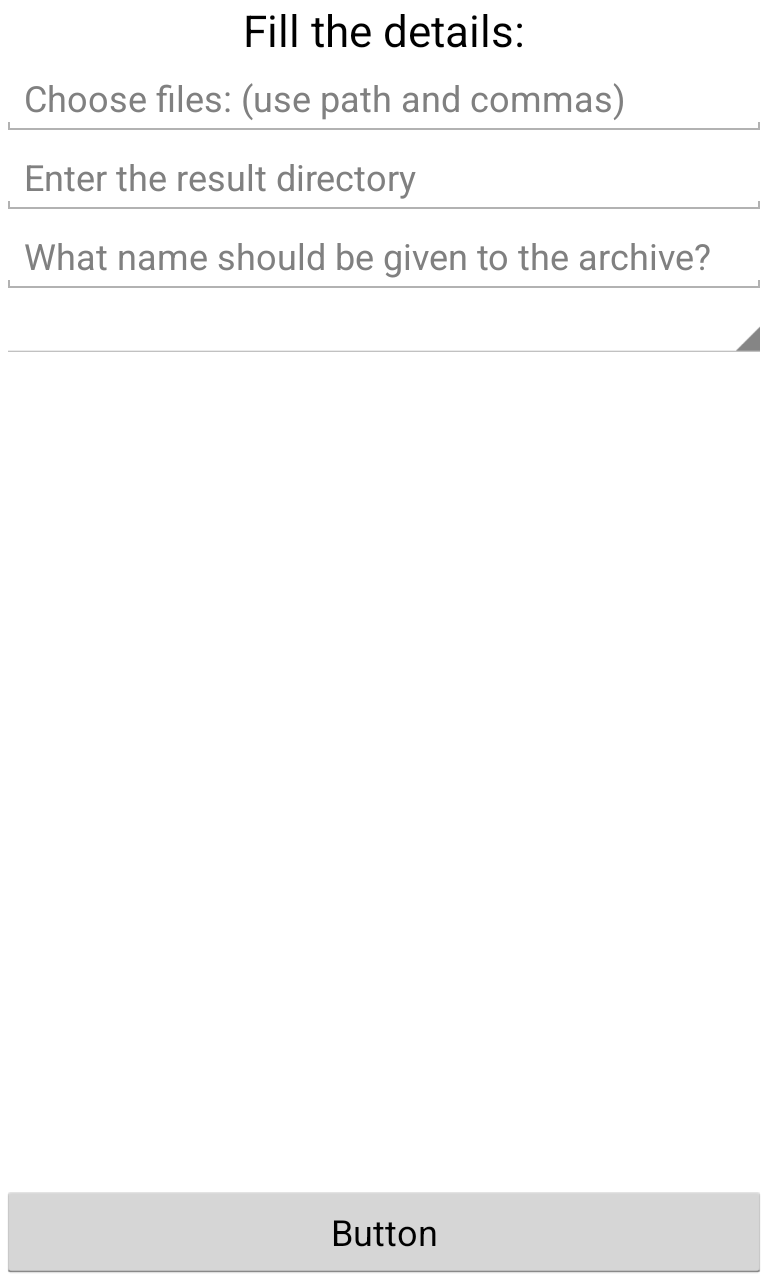
Repository: ya-ivanov/Android-Projects
Layout: Android Projects (OLD)/Zip It!/ZipIt/res/layout/activity_main.xml
An editor plug-in stored every save of this project. The layout is shown before and after the next save, followed by the edit.
It is drawn on a 768 x 1280 px phone screen (xhdpi) without system bars, with theme AppTheme; the app's code is not run.

Above is the layout before, as saved 2013-12-11 20:22:47.

### Android Projects (OLD)/Zip It!/ZipIt/res/layout/activity_main.xml
<LinearLayout xmlns:android="http://schemas.android.com/apk/res/android"
    android:layout_width="fill_parent"
    android:layout_height="fill_parent"
    android:orientation="vertical" >

    <TextView
        android:id="@+id/textView1"
        android:layout_width="match_parent"
        android:layout_height="wrap_content"
        android:gravity="center_horizontal"
        android:text="Fill the details:"
        android:textAppearance="?android:attr/textAppearanceLarge" />

    <EditText
        android:id="@+id/files"
        android:layout_width="match_parent"
        android:layout_height="wrap_content"
        android:ems="10"
        android:hint="Choose files: (use path and commas)" >
    </EditText>

    <EditText
        android:id="@+id/endDir"
        android:layout_width="match_parent"
        android:layout_height="wrap_content"
        android:ems="10"
        android:hint="Enter the result directory" >
    </EditText>

    <EditText
        android:id="@+id/archiveName"
        android:layout_width="match_parent"
        android:layout_height="wrap_content"
        android:ems="10"
        android:hint="What name should be given to the archive?" >
    </EditText>

    <Spinner
        android:id="@+id/spinner"
        android:layout_width="fill_parent"
        android:layout_height="wrap_content" />

    <TextView
        android:id="@+id/textView2"
        android:layout_width="match_parent"
        android:layout_height="wrap_content"
        android:layout_weight="1"
        android:hind="Description for the archive (optional)"
        android:textAppearance="?android:attr/textAppearanceMedium" />

    <Button
        android:id="@+id/button1"
        android:layout_width="match_parent"
        android:layout_height="wrap_content"
        android:text="Button" />

</LinearLayout>

Loaded but not shown: Android Projects (OLD)/Zip It!/ZipIt/res/values/styles.xml (common file); Android Projects (OLD)/Zip It!/ZipIt/res/values-v11/styles.xml (common file); Android Projects (OLD)/Zip It!/ZipIt/res/values-v14/styles.xml (common file)

After the next save:
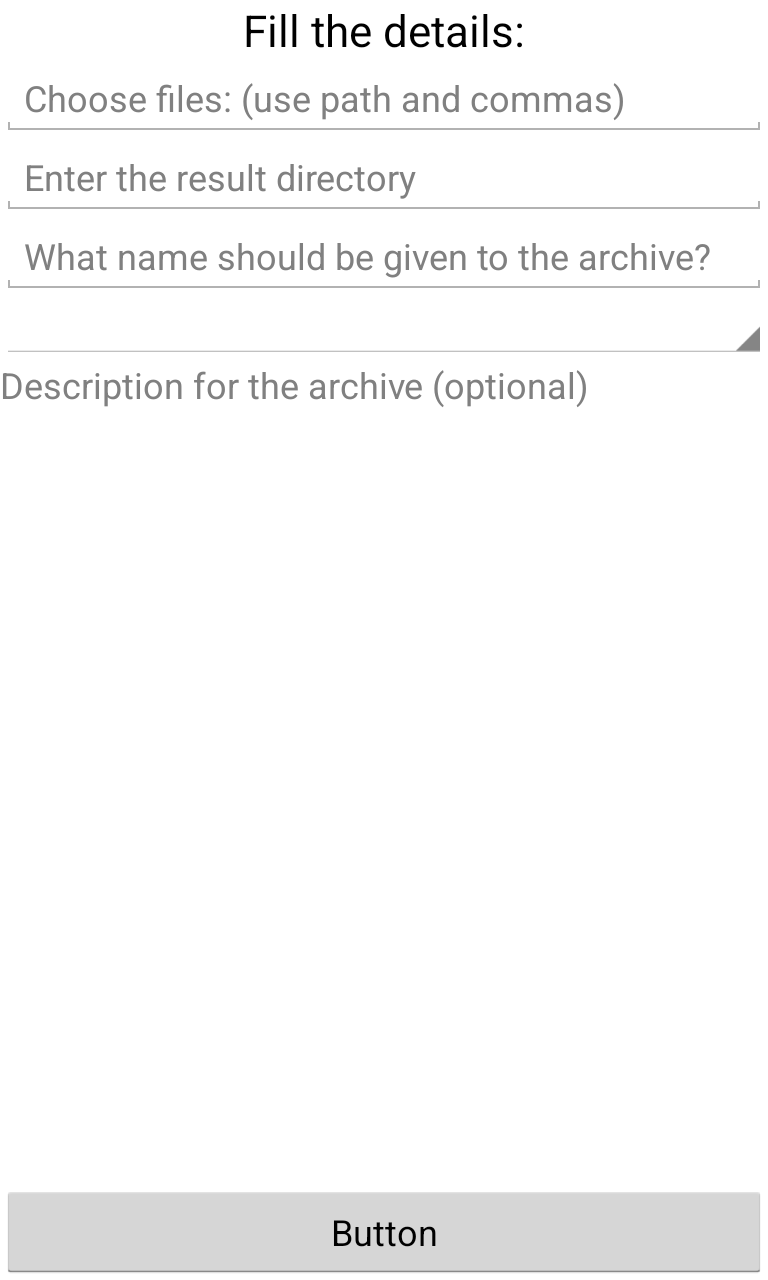
Saved 12 s later.
--- a/Android Projects (OLD)/Zip It!/ZipIt/res/layout/activity_main.xml
+++ b/Android Projects (OLD)/Zip It!/ZipIt/res/layout/activity_main.xml
@@ -45,7 +45,7 @@
         android:layout_width="match_parent"
         android:layout_height="wrap_content"
         android:layout_weight="1"
-        android:hind="Description for the archive (optional)"
+        android:hint="Description for the archive (optional)"
         android:textAppearance="?android:attr/textAppearanceMedium" />
 
     <Button
